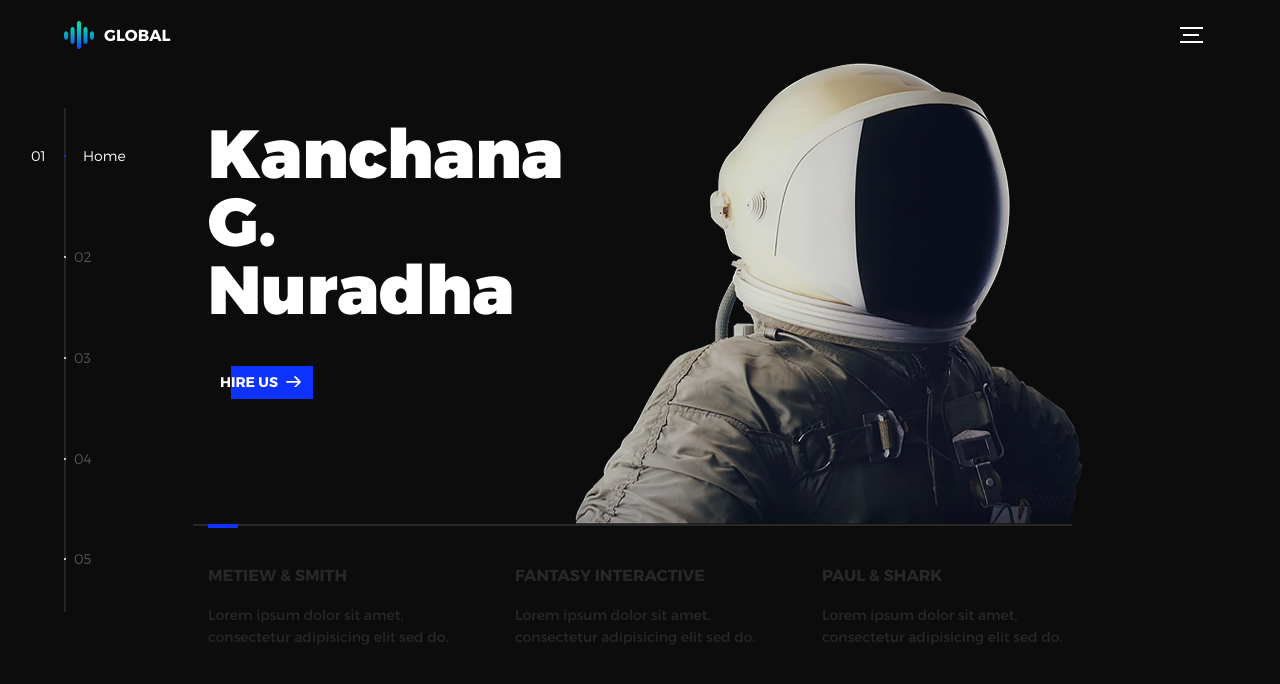
Repository: KanchanaNuradha/KanchanaNuradha.github.io
Page: index.html
An editor plug-in stored every save of this project. The page is shown before and after the next save, followed by the edit.
The browser window is 1280 px wide. The pictures show the whole page.

Above is the page before, as saved 2024-12-03 19:28:41.

### index.html
<!DOCTYPE html>
<html lang="en">
<head>
  <title>Kanchana G Nuradha</title>
  <meta charset="utf-8">
  <meta name="viewport" content="width=device-width, initial-scale=1">
  <meta http-equiv="X-UA-Compatible" content="IE=edge">
  <meta name="description" content="HTML5 website template">
  <meta name="keywords" content="global, template, html, sass, jquery">
  <meta name="author" content="Bucky Maler">
  <link rel="stylesheet" href="assets/css/main.css">
</head>
<body>

<!-- notification for small viewports and landscape oriented smartphones -->
<div class="device-notification">
  <a class="device-notification--logo" href="#0">
    <img src="assets/img/logo.png" alt="Global">
    <p>Global</p>
  </a>
  <p class="device-notification--message">Global has so much to offer that we must request you orient your device to portrait or find a larger screen. You won't be disappointed.</p>
</div>

<div class="perspective effect-rotate-left">
  <div class="container"><div class="outer-nav--return"></div>
    <div id="viewport" class="l-viewport">
      <div class="l-wrapper">
        <header class="header">
          <a class="header--logo" href="#0">
            <img src="assets/img/logo.png" alt="Global">
            <p>Global</p>
          </a>
          <button class="header--cta cta">Hire Us</button>
          <div class="header--nav-toggle">
            <span></span>
          </div>
        </header>
        <nav class="l-side-nav">
          <ul class="side-nav">
            <li class="is-active"><span>Home</span></li>
            <li><span>Works</span></li>
            <li><span>About</span></li>
            <li><span>Contact</span></li>
            <li><span>Hire us</span></li>
          </ul>
        </nav>
        <ul class="l-main-content main-content">
          <li class="l-section section section--is-active">
            <div class="intro">
              <div class="intro--banner">
                <h1>Kanchana<br>G.<br>Nuradha</h1>
                <button class="cta">Hire Us
                  <svg version="1.1" id="Layer_1" xmlns="http://www.w3.org/2000/svg" xmlns:xlink="http://www.w3.org/1999/xlink" x="0px" y="0px" viewBox="0 0 150 118" style="enable-background:new 0 0 150 118;" xml:space="preserve">
                  <g transform="translate(0.000000,118.000000) scale(0.100000,-0.100000)">
                    <path d="M870,1167c-34-17-55-57-46-90c3-15,81-100,194-211l187-185l-565-1c-431,0-571-3-590-13c-55-28-64-94-18-137c21-20,33-20,597-20h575l-192-193C800,103,794,94,849,39c20-20,39-29,61-29c28,0,63,30,298,262c147,144,272,271,279,282c30,51,23,60-219,304C947,1180,926,1196,870,1167z"/>
                  </g>
                  </svg>
                  <span class="btn-background"></span>
                </button>
                <img src="assets/img/introduction-visual.png" alt="Welcome">
              </div>
              <div class="intro--options">
                <a href="#0">
                  <h3>Metiew &amp; Smith</h3>
                  <p>Lorem ipsum dolor sit amet, consectetur adipisicing elit sed do.</p>
                </a>
                <a href="#0">
                  <h3>Fantasy interactive</h3>
                  <p>Lorem ipsum dolor sit amet, consectetur adipisicing elit sed do.</p>
                </a>
                <a href="#0">
                  <h3>Paul &amp; shark</h3>
                  <p>Lorem ipsum dolor sit amet, consectetur adipisicing elit sed do.</p>
                </a>
              </div>
            </div>
          </li>
          <li class="l-section section">
            <div class="work">
              <h2>Selected work</h2>
              <div class="work--lockup">
                <ul class="slider">
                  <li class="slider--item slider--item-left">
                    <a href="#0">
                      <div class="slider--item-image">
                        <img src="assets/img/work-victory.jpg" alt="Victory">
                      </div>
                      <p class="slider--item-title">Victory</p>
                      <p class="slider--item-description">Lorem ipsum dolor sit amet, consectetur adipisicing elit sed do.</p>
                    </a>
                  </li>
                  <li class="slider--item slider--item-center">
                    <a href="#0">
                      <div class="slider--item-image">
                        <img src="assets/img/work-metiew-smith.jpg" alt="Metiew and Smith">
                      </div>
                      <p class="slider--item-title">Metiew &amp; Smith</p>
                      <p class="slider--item-description">Lorem ipsum dolor sit amet, consectetur adipisicing elit sed do.</p>
                    </a>
                  </li>
                  <li class="slider--item slider--item-right">
                    <a href="#0">
                      <div class="slider--item-image">
                        <img src="assets/img/work-alex-nowak.jpg" alt="Alex Nowak">
                      </div>
                      <p class="slider--item-title">Alex Nowak</p>
                      <p class="slider--item-description">Lorem ipsum dolor sit amet, consectetur adipisicing elit sed do.</p>
                    </a>
                  </li>
                </ul>
                <div class="slider--prev">
                  <svg version="1.1" id="Layer_1" xmlns="http://www.w3.org/2000/svg" xmlns:xlink="http://www.w3.org/1999/xlink" x="0px" y="0px"
                  viewBox="0 0 150 118" style="enable-background:new 0 0 150 118;" xml:space="preserve">
                  <g transform="translate(0.000000,118.000000) scale(0.100000,-0.100000)">
                    <path d="M561,1169C525,1155,10,640,3,612c-3-13,1-36,8-52c8-15,134-145,281-289C527,41,562,10,590,10c22,0,41,9,61,29
                    c55,55,49,64-163,278L296,510h575c564,0,576,0,597,20c46,43,37,109-18,137c-19,10-159,13-590,13l-565,1l182,180
                    c101,99,187,188,193,199c16,30,12,57-12,84C631,1174,595,1183,561,1169z"/>
                  </g>
                  </svg>
                </div>
                <div class="slider--next">
                  <svg version="1.1" id="Layer_1" xmlns="http://www.w3.org/2000/svg" xmlns:xlink="http://www.w3.org/1999/xlink" x="0px" y="0px" viewBox="0 0 150 118" style="enable-background:new 0 0 150 118;" xml:space="preserve">
                  <g transform="translate(0.000000,118.000000) scale(0.100000,-0.100000)">
                    <path d="M870,1167c-34-17-55-57-46-90c3-15,81-100,194-211l187-185l-565-1c-431,0-571-3-590-13c-55-28-64-94-18-137c21-20,33-20,597-20h575l-192-193C800,103,794,94,849,39c20-20,39-29,61-29c28,0,63,30,298,262c147,144,272,271,279,282c30,51,23,60-219,304C947,1180,926,1196,870,1167z"/>
                  </g>
                  </svg>
                </div>
              </div>
            </div>
          </li>
          <li class="l-section section">
            <div class="about">
              <div class="about--banner">
                <h2>We<br>believe in<br>passionate<br>people</h2>
                <a href="#0">Career
                  <span>
                    <svg version="1.1" id="Layer_1" xmlns="http://www.w3.org/2000/svg" xmlns:xlink="http://www.w3.org/1999/xlink" x="0px" y="0px" viewBox="0 0 150 118" style="enable-background:new 0 0 150 118;" xml:space="preserve">
                    <g transform="translate(0.000000,118.000000) scale(0.100000,-0.100000)">
                      <path d="M870,1167c-34-17-55-57-46-90c3-15,81-100,194-211l187-185l-565-1c-431,0-571-3-590-13c-55-28-64-94-18-137c21-20,33-20,597-20h575l-192-193C800,103,794,94,849,39c20-20,39-29,61-29c28,0,63,30,298,262c147,144,272,271,279,282c30,51,23,60-219,304C947,1180,926,1196,870,1167z"/>
                    </g>
                    </svg>
                  </span>
                </a>
                <img src="assets/img/about-visual.png" alt="About Us">
              </div>
              <div class="about--options">
                <a href="#0">
                  <h3>Winners</h3>
                </a>
                <a href="#0">
                  <h3>Philosophy</h3>
                </a>
                <a href="#0">
                  <h3>History</h3>
                </a>
              </div>
            </div>
          </li>
          <li class="l-section section">
            <div class="contact">
              <div class="contact--lockup">
                <div class="modal">
                  <div class="modal--information">
                    <p>Pawia 5, 31-154 Kraków, Poland</p>
                    <a href="mailto:ouremail@gmail.com">ouremail@gmail.com</a>
                    <a href="tel:+148126287560">+48 12 628 75 60</a>
                  </div>
                  <ul class="modal--options">
                    <li><a href="#0">Bēhance</a></li>
                    <li><a href="#0">dribbble</a></li>
                    <li><a href="mailto:ouremail@gmail.com">Contact Us</a></li>
                  </ul>
                </div>
              </div>
            </div>
          </li>
          <li class="l-section section">
            <div class="hire">
              <h2>You want us to do</h2>
              <!-- checkout formspree.io for easy form setup -->
              <form class="work-request">
                <div class="work-request--options">
                  <span class="options-a">
                    <input id="opt-1" type="checkbox" value="app design">
                    <label for="opt-1">
                      <svg version="1.1" id="Layer_1" xmlns="http://www.w3.org/2000/svg" xmlns:xlink="http://www.w3.org/1999/xlink" x="0px" y="0px"
                      viewBox="0 0 150 111" style="enable-background:new 0 0 150 111;" xml:space="preserve">
                      <g transform="translate(0.000000,111.000000) scale(0.100000,-0.100000)">
                        <path d="M950,705L555,310L360,505C253,612,160,700,155,700c-6,0-44-34-85-75l-75-75l278-278L550-5l475,475c261,261,475,480,475,485c0,13-132,145-145,145C1349,1100,1167,922,950,705z"/>
                      </g>
                      </svg>
                      App Design
                    </label>
                    <input id="opt-2" type="checkbox" value="graphic design">
                    <label for="opt-2">
                      <svg version="1.1" id="Layer_1" xmlns="http://www.w3.org/2000/svg" xmlns:xlink="http://www.w3.org/1999/xlink" x="0px" y="0px"
                      viewBox="0 0 150 111" style="enable-background:new 0 0 150 111;" xml:space="preserve">
                      <g transform="translate(0.000000,111.000000) scale(0.100000,-0.100000)">
                        <path d="M950,705L555,310L360,505C253,612,160,700,155,700c-6,0-44-34-85-75l-75-75l278-278L550-5l475,475c261,261,475,480,475,485c0,13-132,145-145,145C1349,1100,1167,922,950,705z"/>
                      </g>
                      </svg>
                      Graphic Design
                    </label>
                    <input id="opt-3" type="checkbox" value="motion design">
                    <label for="opt-3">
                      <svg version="1.1" id="Layer_1" xmlns="http://www.w3.org/2000/svg" xmlns:xlink="http://www.w3.org/1999/xlink" x="0px" y="0px"
                      viewBox="0 0 150 111" style="enable-background:new 0 0 150 111;" xml:space="preserve">
                      <g transform="translate(0.000000,111.000000) scale(0.100000,-0.100000)">
                        <path d="M950,705L555,310L360,505C253,612,160,700,155,700c-6,0-44-34-85-75l-75-75l278-278L550-5l475,475c261,261,475,480,475,485c0,13-132,145-145,145C1349,1100,1167,922,950,705z"/>
                      </g>
                      </svg>
                      Motion Design
                    </label>
                  </span>
                  <span class="options-b">
                    <input id="opt-4" type="checkbox" value="ux design">
                    <label for="opt-4">
                      <svg version="1.1" id="Layer_1" xmlns="http://www.w3.org/2000/svg" xmlns:xlink="http://www.w3.org/1999/xlink" x="0px" y="0px"
                      viewBox="0 0 150 111" style="enable-background:new 0 0 150 111;" xml:space="preserve">
                      <g transform="translate(0.000000,111.000000) scale(0.100000,-0.100000)">
                        <path d="M950,705L555,310L360,505C253,612,160,700,155,700c-6,0-44-34-85-75l-75-75l278-278L550-5l475,475c261,261,475,480,475,485c0,13-132,145-145,145C1349,1100,1167,922,950,705z"/>
                      </g>
                      </svg>
                      UX Design
                    </label>
                    <input id="opt-5" type="checkbox" value="webdesign">
                    <label for="opt-5">
                      <svg version="1.1" id="Layer_1" xmlns="http://www.w3.org/2000/svg" xmlns:xlink="http://www.w3.org/1999/xlink" x="0px" y="0px"
                      viewBox="0 0 150 111" style="enable-background:new 0 0 150 111;" xml:space="preserve">
                      <g transform="translate(0.000000,111.000000) scale(0.100000,-0.100000)">
                        <path d="M950,705L555,310L360,505C253,612,160,700,155,700c-6,0-44-34-85-75l-75-75l278-278L550-5l475,475c261,261,475,480,475,485c0,13-132,145-145,145C1349,1100,1167,922,950,705z"/>
                      </g>
                      </svg>
                      Webdesign
                    </label>
                    <input id="opt-6" type="checkbox" value="marketing">
                    <label for="opt-6">
                      <svg version="1.1" id="Layer_1" xmlns="http://www.w3.org/2000/svg" xmlns:xlink="http://www.w3.org/1999/xlink" x="0px" y="0px"
                      viewBox="0 0 150 111" style="enable-background:new 0 0 150 111;" xml:space="preserve">
                      <g transform="translate(0.000000,111.000000) scale(0.100000,-0.100000)">
                        <path d="M950,705L555,310L360,505C253,612,160,700,155,700c-6,0-44-34-85-75l-75-75l278-278L550-5l475,475c261,261,475,480,475,485c0,13-132,145-145,145C1349,1100,1167,922,950,705z"/>
                      </g>
                      </svg>
                      Marketing
                    </label>
                  </span>
                </div>
                <div class="work-request--information">
                  <div class="information-name">
                    <input id="name" type="text" spellcheck="false">
                    <label for="name">Name</label>
                  </div>
                  <div class="information-email">
                    <input id="email" type="email" spellcheck="false">
                    <label for="email">Email</label>
                  </div>
                </div>
                <input type="submit" value="Send Request">
              </form>
            </div>
          </li>
        </ul>
      </div>
    </div>
  </div>
  <ul class="outer-nav">
    <li class="is-active">Home</li>
    <li>Works</li>
    <li>About</li>
    <li>Contact</li>
    <li>Hire us</li>
  </ul>
</div>

<script src="https://ajax.googleapis.com/ajax/libs/jquery/2.2.4/jquery.min.js"></script>
<script>window.jQuery || document.write('<script src="assets/js/vendor/jquery-2.2.4.min.js"><\/script>')</script>
<script src="assets/js/functions-min.js"></script>
</body>
</html>

Loaded but not shown: assets/css/main.css (library); assets/js/functions-min.js (library)

After the next save:
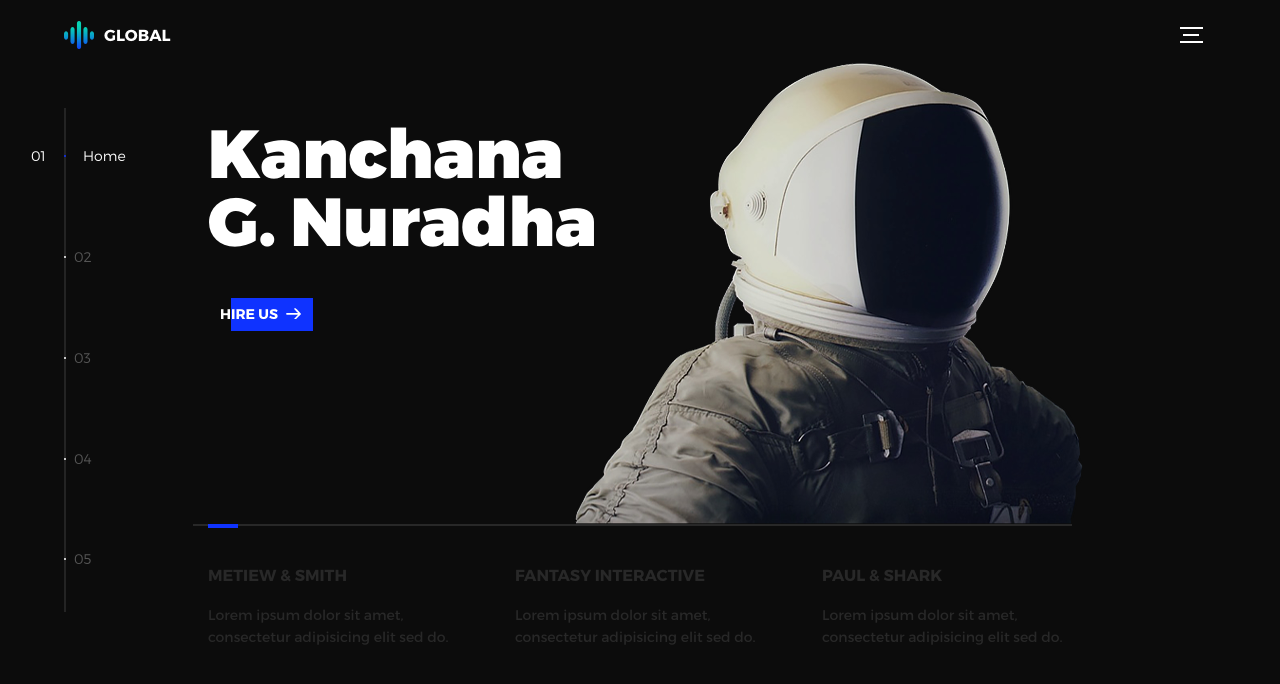
Saved 11 s later.
--- a/index.html
+++ b/index.html
@@ -48,7 +48,7 @@
           <li class="l-section section section--is-active">
             <div class="intro">
               <div class="intro--banner">
-                <h1>Kanchana<br>G.<br>Nuradha</h1>
+                <h1>Kanchana<br>G. Nuradha</h1>
                 <button class="cta">Hire Us
                   <svg version="1.1" id="Layer_1" xmlns="http://www.w3.org/2000/svg" xmlns:xlink="http://www.w3.org/1999/xlink" x="0px" y="0px" viewBox="0 0 150 118" style="enable-background:new 0 0 150 118;" xml:space="preserve">
                   <g transform="translate(0.000000,118.000000) scale(0.100000,-0.100000)">
